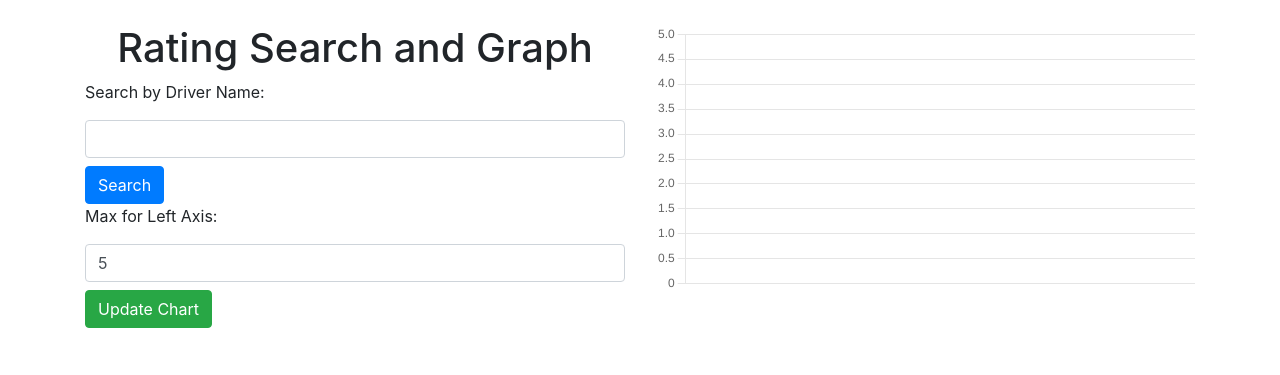
Repository: adrcstro/TrackingManagement
Page: http://localhost/tcpdf/Loginsystem/fetchdata.php
These files come from the project's save history. The page is drawn as it stood at one moment and after the next save; the edit follows.
The browser window is 1280 px wide. The pictures show the whole page.
Some web libraries are served in a nearby version. The page is run by PHP 8.4 with error messages shown; the project is at /var/www/html/. Queries for data that is not in the repository find no rows.

Above is the page before, as saved 2023-11-24 18:41:59.
Console error: TypeError: Cannot read properties of null (reading 'addEventListener')

### Loginsystem/fetchdata.php
<!DOCTYPE html>
<html lang="en">
<head>
    <meta charset="UTF-8">
    <meta name="viewport" content="width=device-width, initial-scale=1.0">
    <link href="https://maxcdn.bootstrapcdn.com/bootstrap/4.5.2/css/bootstrap.min.css" rel="stylesheet">
    <link href="https://cdnjs.cloudflare.com/ajax/libs/font-awesome/5.15.1/css/all.min.css" rel="stylesheet"> <!-- Font Awesome -->
    <script src="https://cdn.jsdelivr.net/npm/chart.js"></script>

    <style>
        .card {
            transition: transform 0.3s;
            position: relative;
            box-shadow: 0 4px 8px rgba(0, 0, 0, 0.1);
            height: 100%;
        }

        .card:hover {
            transform: scale(1.05);
            box-shadow: 0 8px 16px rgba(0, 0, 0, 0.2);
        }

        .card-img-top {
            object-fit: cover;
            height: 250px;
            width: 100%;
        }

        .card-body {
            padding-bottom: 40px; /* Adjust padding to accommodate the button */
        }

        .card-title {
            height: -3rem; /* Limit the height of the title */
            overflow: hidden;
        }

        .card-text {
            max-height: 6rem; /* Limit the height of the description */
            overflow: hidden;
        }

        .read-more-modal {
            max-width: 800px; /* Adjust the width of the modal */
        }
    </style>
    <title>News and Events</title>
</head>
<body>

<div class="container">
        <div class="row">
            <div class="col-md-6">
                <h1 class="text-center mt-4">Rating Search and Graph</h1>

                <form method="post" action="" class="mt-8">
                    <label for="search">Search by Driver Name:</label>
                    <input type="text" name="search" id="search" class="form-control mt-2">
                    <input type="submit" value="Search" class="btn btn-primary mt-2">
                </form>

                <!-- Input field for max value of left axis -->
                <label for="maxLeft" class="mt-8">Max for Left Axis:</label>
                <input type="number" name="maxLeft" id="maxLeft" value="5" class="form-control mt-2">

                <button onclick="updateChart()" class="btn btn-success mt-2">Update Chart</button>
            </div>

            <div class="col-md-6">
                <div style="width: 100%;" class="mt-4">
                    <canvas id="myChart"></canvas>
                </div>
            </div>
        </div>
    </div>


<script>
        // Add your custom scripts here
        function updateChart() {
            // Your chart update logic
        }
    </script>
<?php
// Connect to your database
$servername = "localhost"; // Replace with your server name
$username = "root"; // Replace with your username
$password = ""; // Replace with your password
$dbname = "plate-to-place-v-tracking";

$conn = new mysqli($servername, $username, $password, $dbname);

// Check connection
if ($conn->connect_error) {
    die("Connection failed: " . $conn->connect_error);
}

// Function to fetch data from the rating table based on the search term
function fetchData($conn, $searchTerm) {
    $sql = "SELECT DriverName, Rate FROM rating WHERE DriverName LIKE '%$searchTerm%'";
    $result = $conn->query($sql);

    $data = array();
    if ($result->num_rows > 0) {
        while ($row = $result->fetch_assoc()) {
            $data[] = $row;
        }
    }

    return $data;
}

// Process search form submission
if ($_SERVER["REQUEST_METHOD"] == "POST") {
    $searchTerm = $_POST["search"];
    $data = fetchData($conn, $searchTerm);
} else {
    // If no search term, initialize with an empty array
    $data = array();
}

// Close the database connection
$conn->close();
?>

<script>
// Prepare data for Chart.js
var data = <?php echo json_encode($data); ?>;

// Create an object to count the occurrences of each rating for each driverName
var ratingCounts = {};

data.forEach(function(item) {
    var driverName = item.DriverName;
    var rate = item.Rate;

    // Initialize the count for the driverName if not already present
    if (!ratingCounts[driverName]) {
        ratingCounts[driverName] = [0, 0, 0, 0, 0]; // Index 0 represents rating 1, index 4 represents rating 5
    }

    // Increment the count for the corresponding rating
    ratingCounts[driverName][rate - 1]++;
});

// Prepare labels and data for the chart
var labels = Object.keys(ratingCounts);
var datasets = [];

// Iterate through each driverName and create a dataset for the bar graph
labels.forEach(function(driverName) {
    var counts = ratingCounts[driverName];

    datasets.push({
        label: driverName,
        data: counts,
        backgroundColor: getRandomColor(), // Function to get a random color for each driverName
        borderColor: 'rgba(75, 192, 192, 1)',
        borderWidth: 1
    });
});

// Default max value for left axis
var maxLeft = 5;

// Declare myChart outside the function
var myChart;

// Draw the initial bar chart
drawChart();

// Function to draw or update the bar chart
function drawChart() {
    var ctx = document.getElementById('myChart').getContext('2d');
    myChart = new Chart(ctx, {
        type: 'bar',
        data: {
            labels: ['Unsatisfactory/Very Poor', 'Poor', 'Satisfactory/Fair', 'Good', 'Excellent'], // Ratings 1 to 5
            datasets: datasets
        },
        options: {
            scales: {
                y: {
                    beginAtZero: true,
                    stepSize: 1,
                    max: maxLeft
                }
            }
        }
    });
}

// Function to generate a random color
function getRandomColor() {
    var letters = '0123456789ABCDEF';
    var color = '#';
    for (var i = 0; i < 6; i++) {
        color += letters[Math.floor(Math.random() * 16)];
    }
    return color;
}

// Function to update the chart based on user input
function updateChart() {
    // Get value from input field
    maxLeft = parseInt(document.getElementById('maxLeft').value);

    // Destroy the existing chart and redraw with updated options
    myChart.destroy();
    drawChart();
}
</script>









<div class="container mt-5 mb-5">
    <div class="row">
    <?php
        // Replace these with your actual database connection details
        $host = "localhost";
        $username = "root";
        $password = "";
        $database = "plate-to-place-v-tracking";

        // Create a database connection
        $your_db_connection = mysqli_connect($host, $username, $password, $database);

        // Check the connection
        if (!$your_db_connection) {
            die("Connection failed: " . mysqli_connect_error());
        }

        // Fetch data from the "newsandevents" table
        $query = "SELECT id, Username, Age, Password, PermittoOperate,PhoneNumber,HomeAddress FROM driverstbl";
        $result = mysqli_query($your_db_connection, $query);

        // Check if the query was successful
        if ($result) {
            // Fetch data row by row
            while ($row = mysqli_fetch_assoc($result)) {
                $drivername = $row['Username'];
                $ViehicleNumber = $row['Age'];
                $PlateNumber = $row['Password'];
                $image = $row['PermittoOperate'];
                $phone = $row['PhoneNumber'];
                $home = $row['HomeAddress'];

                // Display data in Bootstrap cards
                echo '<div class="col-md-4 mb-5">';
                echo '<div class="card">';
                echo '<img src="uploads/' . $image . '" class="card-img-top" alt="Card Image">';
                echo '<div class="card-body text-center">';

                // Displaying the driver information
                // Existing code

echo '<h6 class="card-title">Drivers Name: <span style="font-weight:normal;">' . $drivername . '</span></h6>';
echo '<h6 class="card-title">Vehicle Number: <span style="font-weight:normal;">' . $ViehicleNumber . '</span></h6>';
echo '<h6 class="card-title">Plate Number: <span style="font-weight:normal;">' . $PlateNumber . '</span></h6>';
echo '<h6 class="card-title">Phone Number: <span style="font-weight:normal;">' . $phone . '</span></h6>';
echo '<h6 class="card-title">Home Address: <span style="font-weight:normal;">' . $home . '</span></h6>';
                echo '</div>';
                echo '</div>';
                echo '</div>';
            }

            // Free result set
            mysqli_free_result($result);
        } else {
            // Handle the error if the query fails
            echo "Error: " . mysqli_error($your_db_connection);
        }

        // Close the database connection
        mysqli_close($your_db_connection);
    ?>
    </div>
</div>

<script src="https://code.jquery.com/jquery-3.5.1.slim.min.js"></script>
<script src="https://cdn.jsdelivr.net/npm/@popperjs/core@2.5.3/dist/umd/popper.min.js"></script>
<script src="https://maxcdn.bootstrapcdn.com/bootstrap/4.5.2/js/bootstrap.min.js"></script>
<script src="https://kit.fontawesome.com/your-font-awesome-kit-id.js" crossorigin="anonymous"></script>









<script>
    // Initialize Bootstrap tooltips
    $(function () {
        $('[data-toggle="tooltip"]').tooltip();
    });
</script>

<script>
    document.addEventListener("DOMContentLoaded", function() {
        const searchInput = document.getElementById("SearchDriver");
        const searchResults = document.getElementById("searchResults");

        searchInput.addEventListener("input", function() {
            const searchText = searchInput.value.toLowerCase();
            if (searchText.length > 0) {
                fetch(`fetchdatadetails.php?search=${searchText}`)
                    .then(response => response.text())
                    .then(data => {
                        searchResults.innerHTML = data;
                    })
                    .catch(error => {
                        console.error('Error:', error);
                    });
            } else {
                searchResults.innerHTML = "";
            }
        });
    });
</script>
</body>
</html>

After the next save:
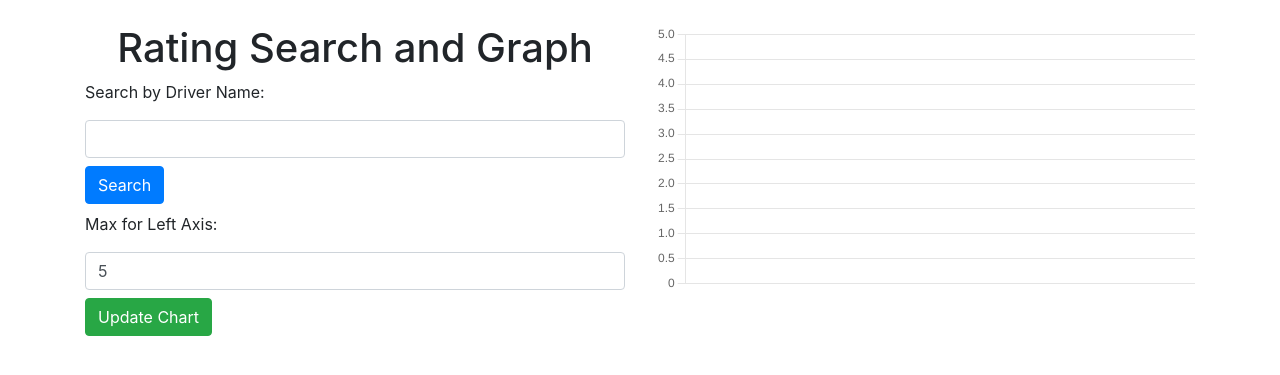
Saved 62 s later.
--- a/Loginsystem/fetchdata.php
+++ b/Loginsystem/fetchdata.php
@@ -53,14 +53,14 @@
             <div class="col-md-6">
                 <h1 class="text-center mt-4">Rating Search and Graph</h1>
 
-                <form method="post" action="" class="mt-8">
+                <form method="post" action="" class="mt-2">
                     <label for="search">Search by Driver Name:</label>
                     <input type="text" name="search" id="search" class="form-control mt-2">
                     <input type="submit" value="Search" class="btn btn-primary mt-2">
                 </form>
 
                 <!-- Input field for max value of left axis -->
-                <label for="maxLeft" class="mt-8">Max for Left Axis:</label>
+                <label for="maxLeft" class="mt-2">Max for Left Axis:</label>
                 <input type="number" name="maxLeft" id="maxLeft" value="5" class="form-control mt-2">
 
                 <button onclick="updateChart()" class="btn btn-success mt-2">Update Chart</button>
